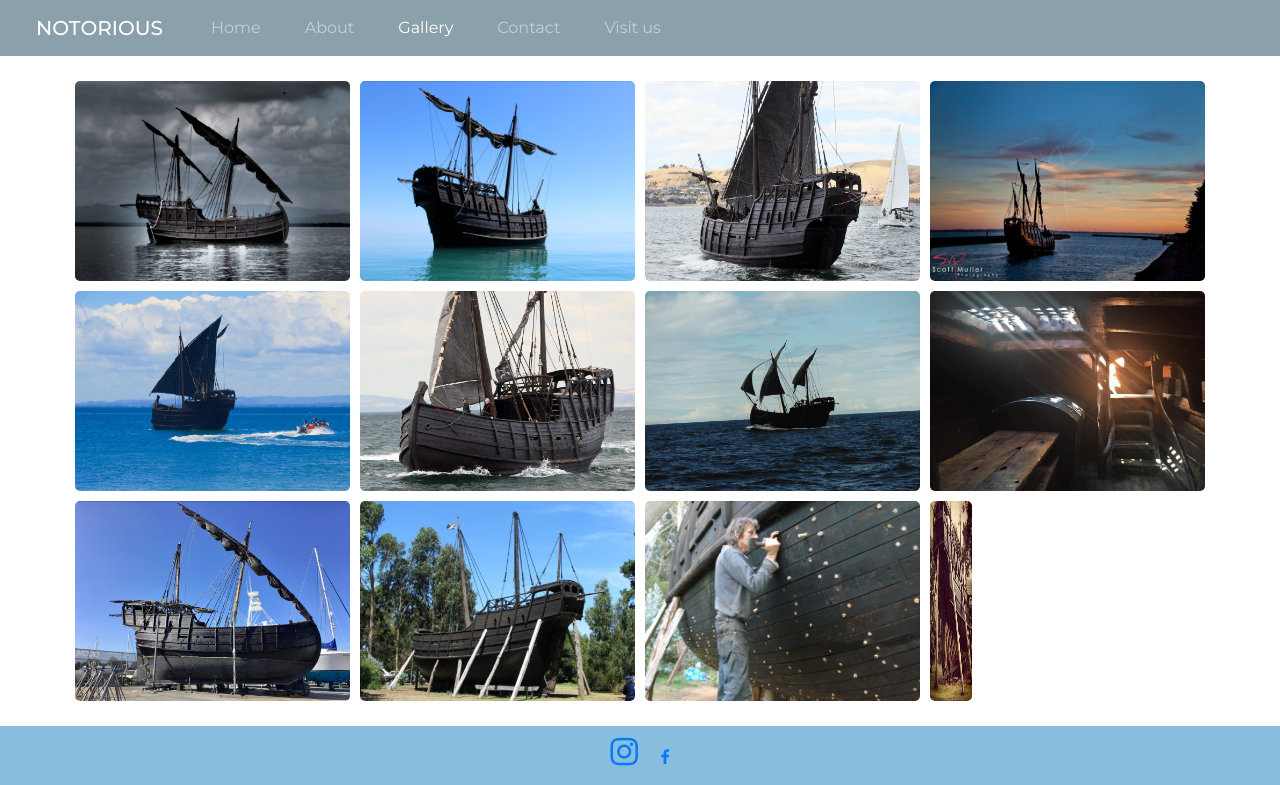
Repository: TSRose/NotorioustheShip
Page: gallery.html
The author's editor kept a record of every edit. The page is drawn from the files as they stood at one moment, then again after the next edit.
The browser window is 1280 px wide. The pictures show the whole page.
Some web libraries are served in a nearby version.

Above is the page before.

After the next edit:
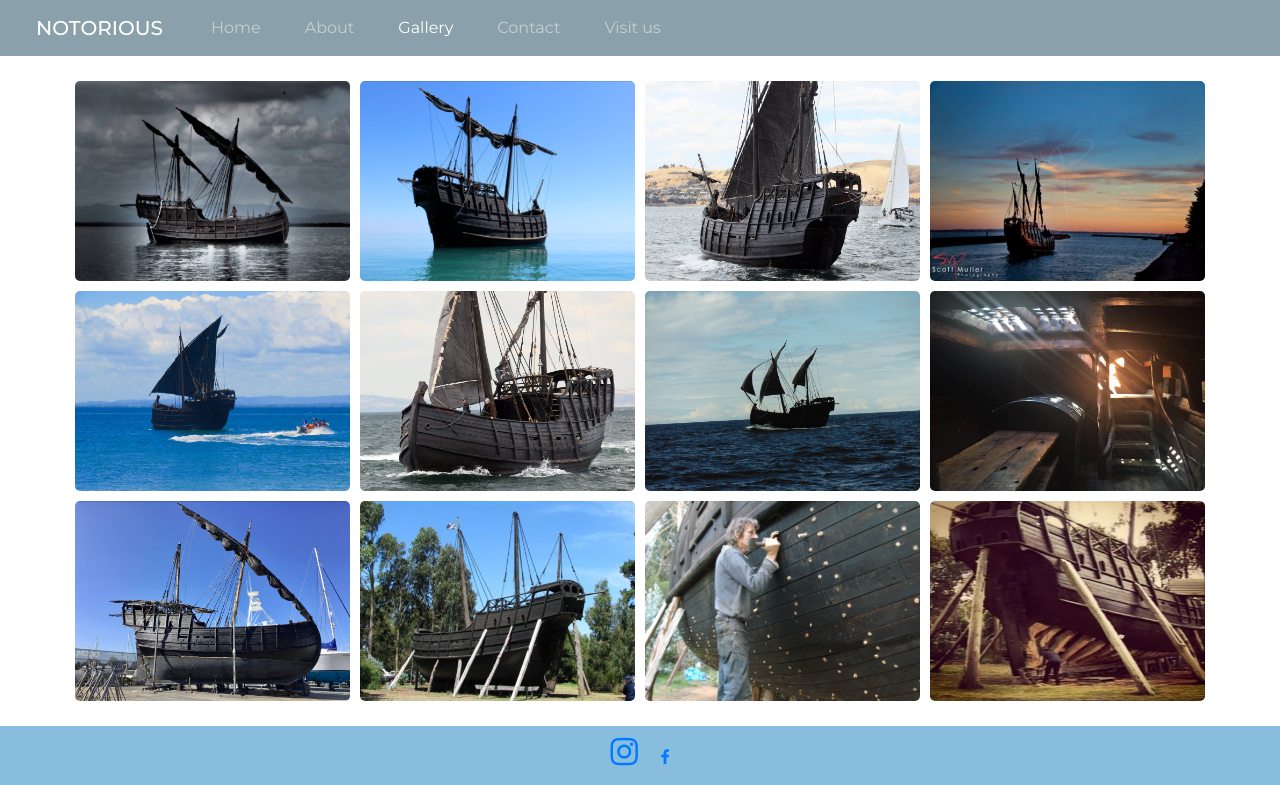
The edit:
--- a/gallery.html
+++ b/gallery.html
@@ -80,6 +80,7 @@
                     <img src="assets/images/Construction2.jpg" class="zoom img-fluid " alt="under construction">
                 </div>
                 <div class="col-lg-3 col-md-4 col-xs-6 thumb image-padding">
+                    <a href="assets/images/Construction3.jpg" class="fancybox" rel="ligthbox">
                     <img src="assets/images/Construction3.jpg" class="zoom img-fluid " alt="under construction">
                 </div>
             </div>
